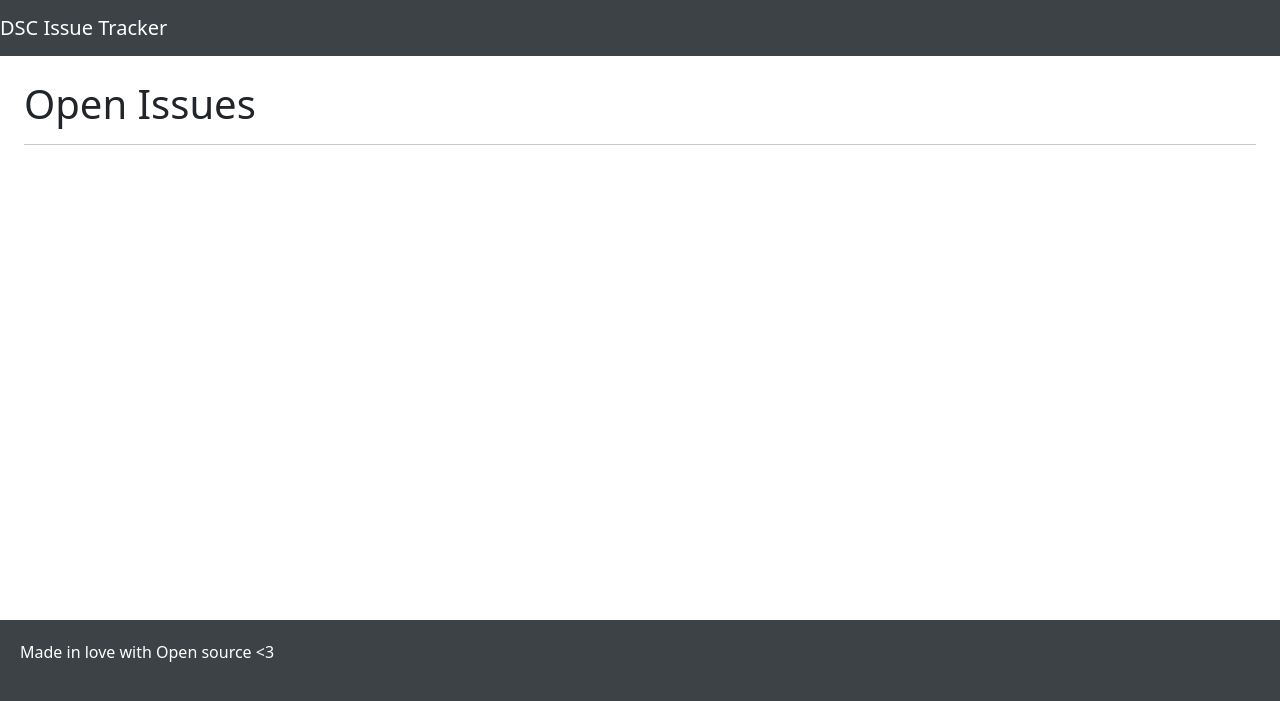
Repository: Tsardines/issue-tracker
Page: index.html
The author's editor kept a copy of each file at every save. The page is drawn from the files as they stood at one save, then again after the next save.
The browser window is 1280 px wide. The pictures show the whole page.
Some web libraries are served in a nearby version.

Above is the page before, as saved 2019-10-06 20:58:20.
Console error: SyntaxError: Cannot use import statement outside a module

After the next save:
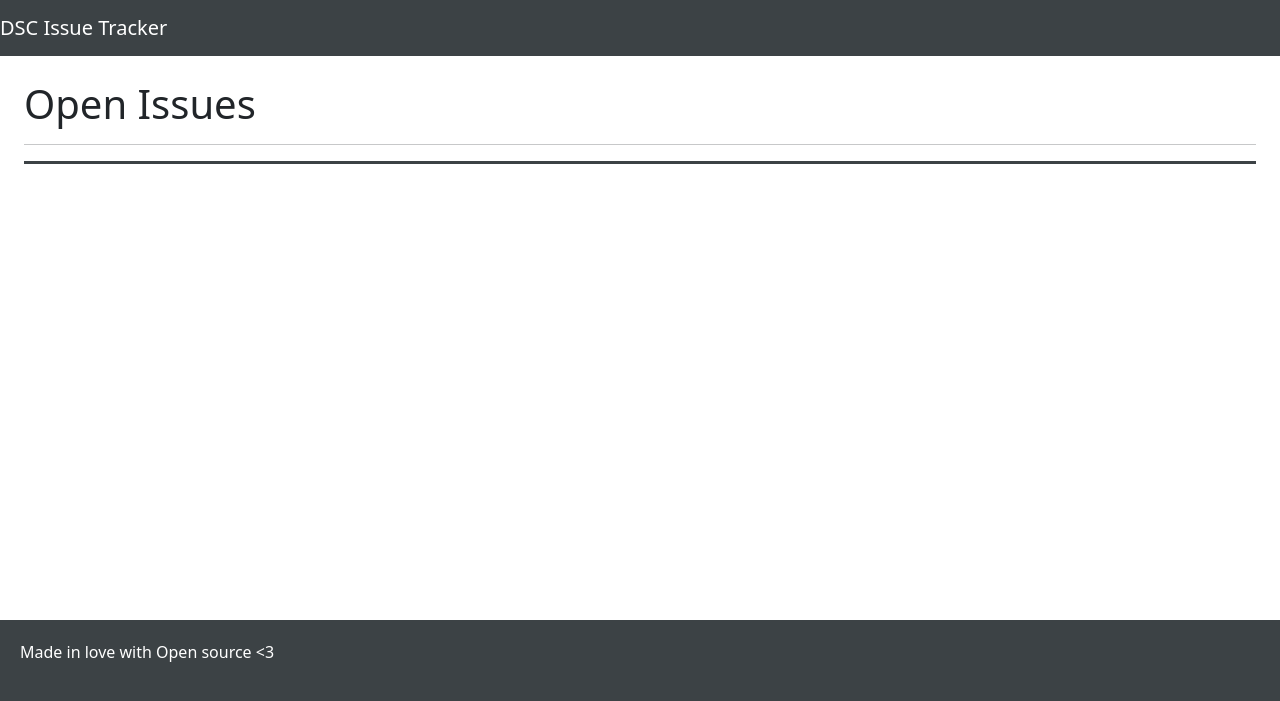
Saved 35 min 54 s later.
--- a/css/index.css
+++ b/css/index.css
@@ -1,5 +1,9 @@
 .navbar {
     background-color:#3c4245;
+}
+
+.content-card {
+    border-bottom: 3px solid #3c4245;
 }
 
 .issueCard {
